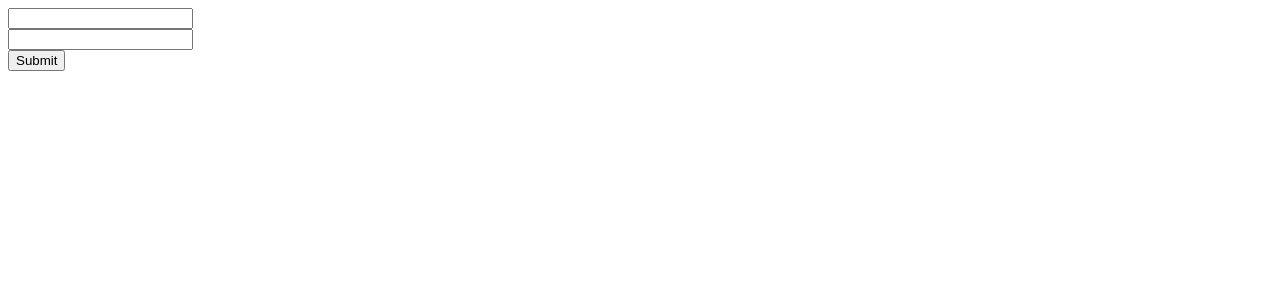
Repository: sunildutt6/servletDemo
Page: ServletBasics/WebContent/numbers.html
The author's editor kept a copy of each file at every save. The page is drawn from the files as they stood at one save, then again after the next save.
The browser window is 1280 px wide. The pictures show the whole page.

Above is the page before, as saved 2022-06-07 20:34:30.

### ServletBasics/WebContent/numbers.html
<!DOCTYPE html>
<html>
<head>
<meta charset="ISO-8859-1">
<title>Insert title here</title>
</head>
<body>


	<form>
		<input type="text" name="number1" /><br /> <input type="text"
			name="number2" /><br /> <input type="submit" name="submit" />
	</form>
</body>
</html>

After the next save:
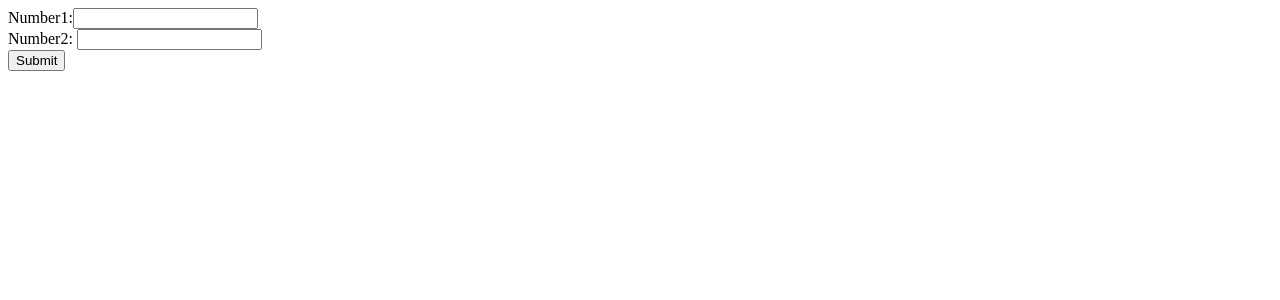
Saved 51 s later.
--- a/ServletBasics/WebContent/numbers.html
+++ b/ServletBasics/WebContent/numbers.html
@@ -8,7 +8,8 @@
 
 
 	<form>
-		<input type="text" name="number1" /><br /> <input type="text"
+		Number1:<input type="text" name="number1" /><br />
+		Number2: <input type="text"
 			name="number2" /><br /> <input type="submit" name="submit" />
 	</form>
 </body>
